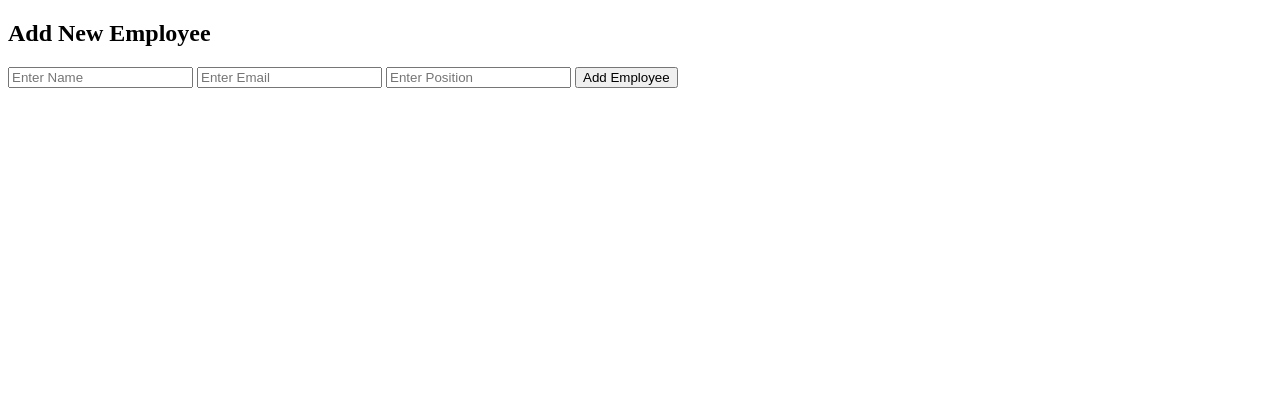
Repository: KhushiGor/J2EE-Project
Page: http://localhost/HRMS/addEmployee
These files come from the project's save history. The page is drawn as it stood at one moment and after the next save; the edit follows.
The browser window is 1280 px wide. The pictures show the whole page.
The page is served by Tomcat 10. Other server files are loaded and not shown.

Above is the page before, as saved 2024-12-05 03:51:13.

### HRMS/src/main/webapp/view/add-employee.jsp
<%@ page language="java" contentType="text/html; charset=UTF-8"
    pageEncoding="UTF-8"%>
<!DOCTYPE html>
<html>
<head>
<meta charset="UTF-8">
<title>Add-Employee</title>
</head>
<body>
<form action="addEmployee">
<div class="form-container">
        <h2>Add New Employee</h2>
        <form action="AddEmployee" id="addEmployeeForm">
            <input type="text" id="name" name="name" placeholder="Enter Name" required>
            <input type="email" id="email" name="email" placeholder="Enter Email" required>
            <input type="text" id="position" name="position" placeholder="Enter Position" required>
            <button type="submit">Add Employee</button>
        </form>
        <div id="responseMessage"></div>
    </div>

</body>
</html>

### HRMS/src/main/java/controller/AddEmployeeServlet.java
package controller;

import jakarta.servlet.ServletException;
import jakarta.servlet.annotation.WebServlet;
import jakarta.servlet.http.HttpServlet;
import jakarta.servlet.http.HttpServletRequest;
import jakarta.servlet.http.HttpServletResponse;
import java.io.IOException;


public class AddEmployeeServlet extends HttpServlet {
	private static final long serialVersionUID = 1L;


    public AddEmployeeServlet() {
        super();
        // TODO Auto-generated constructor stub
    }


	protected void doGet(HttpServletRequest request, HttpServletResponse response) throws ServletException, IOException {
		request.getRequestDispatcher("/view/add-employee.jsp").forward(request, response);
	}


	protected void doPost(HttpServletRequest request, HttpServletResponse response) throws ServletException, IOException {
		String EmployeeId = request.getParameter("customerId");
        String username = request.getParameter("username");
        String email = request.getParameter("email");
        String phone = request.getParameter("phone");
        String address = request.getParameter("address");

		request.getRequestDispatcher("/view/success.jsp").forward(request, response);
	}

}

After the next save:
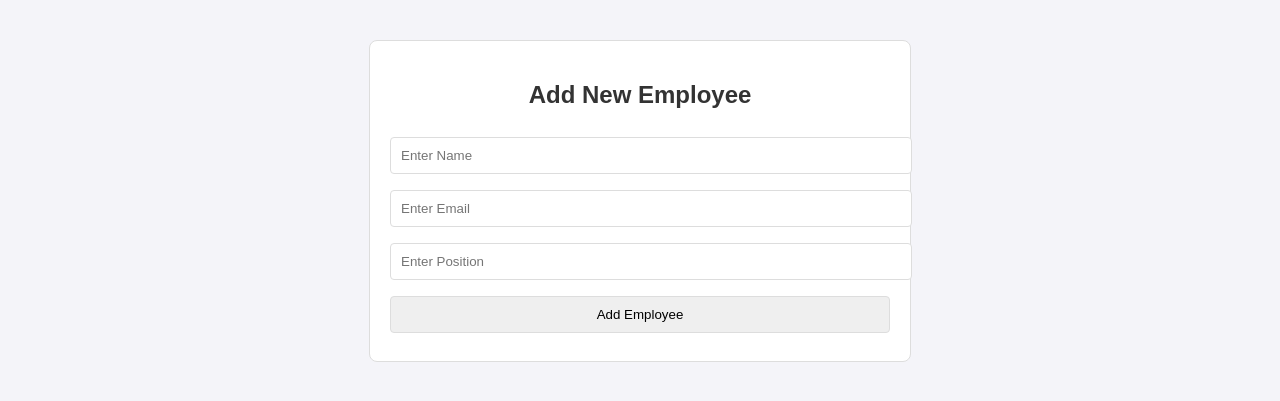
Saved 26 min 54 s later.
--- a/HRMS/src/main/webapp/view/add-employee.jsp
+++ b/HRMS/src/main/webapp/view/add-employee.jsp
@@ -5,6 +5,39 @@
 <head>
 <meta charset="UTF-8">
 <title>Add-Employee</title>
+<style type="text/css">
+body {
+    font-family: Arial, sans-serif;
+    margin: 0;
+    padding: 20px;
+    background-color: #f4f4f9;
+}
+h1, h2 {
+    text-align: center;
+    color: #333;
+}
+.form-container {
+    max-width: 500px;
+    margin: 20px auto;
+    padding: 20px;
+    background-color: #fff;
+    border: 1px solid #ddd;
+    border-radius: 8px;
+}
+.form-container input, .form-container select, .form-container button {
+    width: 100%;
+    padding: 10px;
+    margin: 8px 0;
+    border: 1px solid #ddd;
+    border-radius: 4px;
+}
+.response {
+    margin-top: 20px;
+    text-align: center;
+    color: #333;
+    font-weight: bold;
+}
+</style>
 </head>
 <body>
 <form action="addEmployee">
